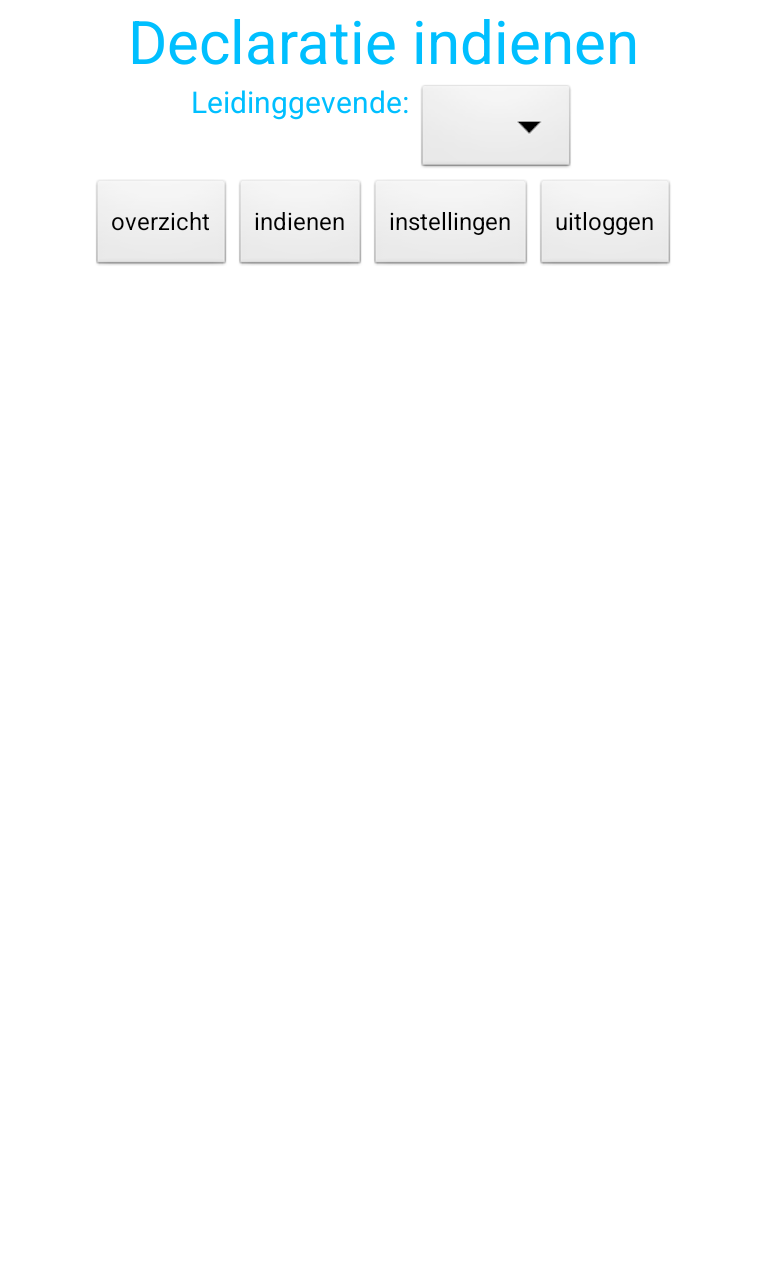
Repository: alexanderbolhuis/ilmoitus_mobile
Layout: LoginActivity/res/layout/activity_declare.xml
The author's editor kept a copy of each file at every save. The layout is drawn from the files as they stood at one save, then again after the next save.
It is drawn on a 768 x 1280 px phone screen (xhdpi) without system bars, with theme AppTheme; the app's code is not run.

Above is the layout before, as saved 2014-05-04 19:19:20.

### LoginActivity/res/layout/activity_declare.xml
<?xml version="1.0" encoding="utf-8"?>
<LinearLayout xmlns:android="http://schemas.android.com/apk/res/android"
    xmlns:tools="http://schemas.android.com/tools"
    android:layout_width="fill_parent"
    android:layout_height="fill_parent"
    android:orientation="vertical"
    tools:ignore="all" >

    <TextView
        android:id="@+id/person_title"
        android:layout_width="wrap_content"
        android:layout_height="wrap_content"
        android:layout_gravity="center_horizontal"
        android:text="Declaratie indienen"
        android:textColor="#00BFFF"
        android:textSize="30dp" />

    <TableLayout
        android:layout_width="fill_parent"
        android:layout_height="wrap_content"
        android:orientation="vertical" >

        <TableRow
            android:id="@+id/tableRow1"
            android:layout_width="match_parent"
            android:layout_height="wrap_content"
            android:gravity="center_horizontal" >

            <TextView
                android:layout_width="match_parent"
                android:layout_height="wrap_content"
                android:text="Leidinggevende: "
                android:textColor="#00BFFF"
                android:textSize="15dp" />

            <Spinner
                android:id="@+id/spinner1"
                android:layout_width="match_parent"
		        android:layout_height="wrap_content"
                android:gravity="center"
                android:prompt="@string/prompt_spinner"
                android:width="10px" />
        </TableRow>

	</TableLayout>

    <LinearLayout
        android:layout_width="match_parent"
        android:layout_height="wrap_content"
        android:gravity="center" >

        <!-- TODO: make icons for the buttons -->

        <Button
            android:id="@+id/buttonOvervieuw"
            android:layout_width="wrap_content"
            android:layout_height="wrap_content"
            android:onClick="onButtonClick"
            android:text="@string/overvieuw"
            android:textSize="12sp" />

        <Button
            android:id="@+id/buttonDeclare"
            android:layout_width="wrap_content"
            android:layout_height="wrap_content"
            android:onClick="onDeclareButtonClick"
            android:text="@string/declare"
            android:textSize="12sp" />

        <Button
            android:id="@+id/buttonSetting"
            android:layout_width="wrap_content"
            android:layout_height="wrap_content"
            android:onClick="onButtonClick"
            android:text="@string/settings"
            android:textSize="12sp" />

        <Button
            android:id="@+id/buttonLogout"
            android:layout_width="wrap_content"
            android:layout_height="wrap_content"
            android:onClick="onButtonClick"
            android:text="@string/log_out"
            android:textSize="12sp" />
    </LinearLayout>

</LinearLayout>

### LoginActivity/res/values/styles.xml
<?xml version="1.0" encoding="utf-8"?>
<resources>

    <!--
Base application theme, dependent on API level. This theme is replaced
by AppBaseTheme from res/values-vXX/styles.xml on newer devices.

-->
    <style name="AppBaseTheme" parent="android:Theme.Light">
        <!--
Theme customizations available in newer API levels can go in
res/values-vXX/styles.xml, while customizations related to
backward-compatibility can go here.

-->
    </style>

    <!-- Application theme. -->
    <style name="AppTheme" parent="android:Theme.Light">
        <!-- All customizations that are NOT specific to a particular API-level can go here. -->
    </style>

    <style name="LoginFormContainer">
        <item name="android:layout_width">match_parent</item>
        <item name="android:layout_height">wrap_content</item>
        <item name="android:padding">16dp</item>
    </style>
    <color name="coloredText">#0000FF</color>
    <color name="background">#FFFFFF</color>

</resources>

### LoginActivity/res/values/strings.xml
<?xml version="1.0" encoding="utf-8"?>
<resources>

    <string name="app_name">Ilmoitus</string>
    <string name="action_settings">Settings</string>
    <string name="hello_world">Hello world!</string>
    <string name="declare">indienen</string>
    <string name="log_out">uitloggen</string>
    <string name="overvieuw">overzicht</string>
    <string name="settings">instellingen</string>
    <string name="title_activity_declare">DeclareActivity</string>
    <string name="title_activity_declare_item">DeclareItemActivity</string>

    <string name="prompt_spinner"></string>

</resources>

After the next save:
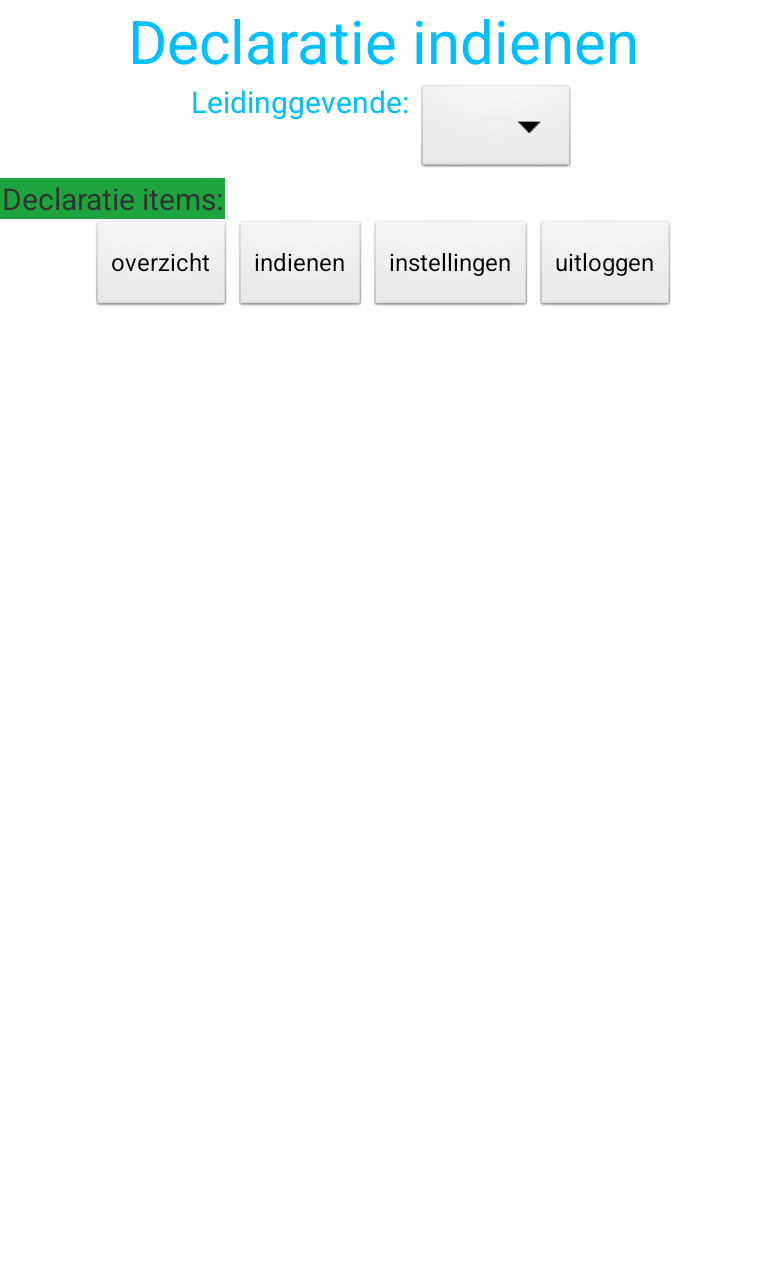
Saved 2 min 26 s later.
--- a/LoginActivity/res/layout/activity_declare.xml
+++ b/LoginActivity/res/layout/activity_declare.xml
@@ -42,6 +42,20 @@
                 android:width="10px" />
         </TableRow>
 
+        <TableRow
+            android:id="@+id/tableRow2"
+            android:layout_width="match_parent"
+            android:layout_height="wrap_content">
+
+            <TextView
+		        android:layout_width="match_parent"
+		        android:layout_height="wrap_content"
+		        android:text="Declaratie items:"
+		        android:gravity="center"
+		        android:textSize="15sp"
+		        android:background="#1DA43F" />
+       </TableRow>
+
 	</TableLayout>
 
     <LinearLayout
